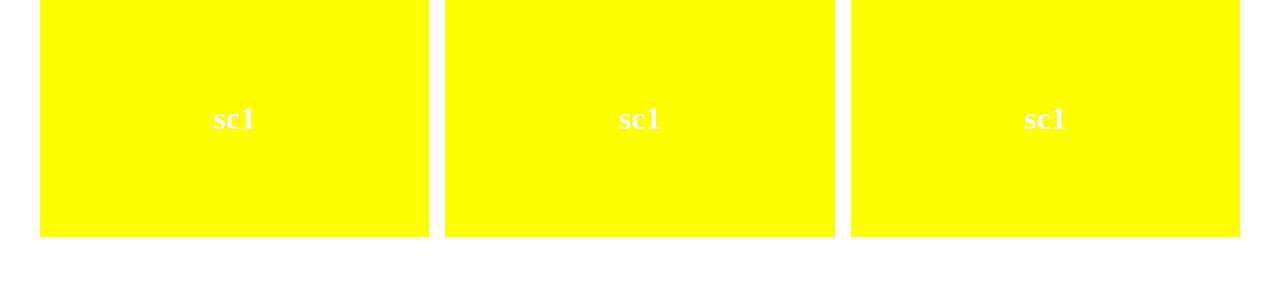
Repository: vanphongnguyen1/webDemo
Page: test.html
The author's editor kept a copy of each file at every save. The page is drawn from the files as they stood at one save, then again after the next save.
The browser window is 1280 px wide. The pictures show the whole page.

Above is the page before, as saved 2020-10-05 23:29:31.

### test.html
<!DOCTYPE html>
<html lang="en">
<head>
    <meta charset="UTF-8">
    <meta name="viewport" content="width=device-width, initial-scale=1.0">
    <title>Document</title>
    <link rel="stylesheet" href="./tesst.css">
    <style>
        * {
            margin: 0;
            padding: 0;
            box-sizing: border-box;
        }
        h1 {
            padding: 100px 0;
            background-color: yellow;
            color: #fff;
            text-align: center;
        }
    </style>
</head>
<body>
    <div class="grid">
        <div class="row">
            <div class="col-pc-4">
                <div class="item">
                    <h1>sc1</h1>
                </div>
            </div>
            <div class="col-pc-4">
                <div class="item">
                    <h1>sc1</h1>
                </div>
            </div>
            <div class="col-pc-4">
                <div class="item">
                    <h1>sc1</h1>
                </div>
            </div>
        </div>
    </div>
</body>
</html>

### tesst.css
.grid-full {
    width: 100%;
    display: block;
}
.grid {
    max-width: 1200px;
    display: block;
    margin: 0 auto;
}
.row {
    display: flex;
    flex-wrap: wrap;
    margin:0 -4px;
}
div[class^="col-"] {
    padding: 0 4px
}
.col-mb-0 {
    display: none;
}
.col-mb-1 {
    flex: 0 0 8.33333%;
    max-width: 8.33333%;
}
.col-mb-2 {
    flex: 0 0 16.66667%;
    max-width: 16.66667%;
}
.col-mb-3 {
    flex: 0 0 25%;
    max-width: 25%;
}
.col-mb-4 {
    flex: 0 0 33.33333%;
    max-width: 33.33333%;
}
.col-mb-5 {
    flex: 0 0 41.66667%;
    max-width: 41.66667%;
}
.col-mb-6 {
    flex: 0 0 50%;
    max-width: 50%;
}
.col-mb-7 {
    flex: 0 0 58.33333%;
    max-width: 58.33333%;
}
.col-mb-8 {
    flex: 0 0 66.66667%;
    max-width: 66.66667%;
}
.col-mb-9 {
    flex: 0 0 75%;
    max-width: 75%;
}
.col-mb-10 {
    flex: 0 0 83.33333%;
    max-width: 83.33333%;
}
.col-mb-11 {
    flex: 0 0 91.66667%;
    max-width: 91.66667%;
}
.col-mb-12 {
    flex: 0 0 100%;
    max-width: 100%;
}
/* PC */
@media (min-width: 1024px) and (max-width: 1239px) {
    .grid {
        width: 984px;
    }
    .row {
        margin:0 -12px;
    }
    .grid .col-pc-0 {
        display: none;
    }
    .grid .col-pc-1 {
        flex: 0 0 8.33333%;
        max-width: 8.33333%;
    }
    .grid .col-pc-2 {
        flex: 0 0 16.66667%;
        max-width: 16.66667%;
    }
    .grid .col-pc-3 {
        flex: 0 0 25%;
        max-width: 25%;
    }
    .grid .col-pc-4 {
        flex: 0 0 33.33333%;
        max-width: 33.33333%;
    }
    .grid .col-pc-5 {
        flex: 0 0 41.66667%;
        max-width: 41.66667%;
    }
    .grid .col-pc-6 {
        flex: 0 0 50%;
        max-width: 50%;
    }
    .grid .col-pc-7 {
        flex: 0 0 58.33333%;
        max-width: 58.33333%;
    }
    .grid .col-pc-8 {
        flex: 0 0 66.66667%;
        max-width: 66.66667%;
    }
    .grid .col-pc-9 {
        flex: 0 0 75%;
        max-width: 75%;
    }
    .grid .col-pc-10 {
        flex: 0 0 83.33333%;
        max-width: 83.33333%;
    }
    .grid .col-pc-11 {
        flex: 0 0 91.66667%;
        max-width: 91.66667%;
    }
    .grid .col-pc-12 {
        flex: 0 0 100%;
        max-width: 100%;
    }
}
@media (min-width: 1113px) {
    .row {
        margin:0 -12px;
    }
    div[class^="col-"] {
        padding: 0 12px
    }
    .col-pc-0 {
        display: none;
    }
    .col-pc-1 {
        flex: 0 0 8.33333%;
        max-width: 8.33333%;
    }
    .col-pc-2 {
        flex: 0 0 16.66667%;
        max-width: 16.66667%;
    }
    .col-pc-3 {
        flex: 0 0 25%;
        max-width: 25%;
    }
    .col-pc-4 {
        flex: 0 0 33.33333%;
        max-width: 33.33333%;
    }
    .col-pc-5 {
        flex: 0 0 41.66667%;
        max-width: 41.66667%;
    }
    .col-pc-6 {
        flex: 0 0 50%;
        max-width: 50%;
    }
    .col-pc-7 {
        flex: 0 0 58.33333%;
        max-width: 58.33333%;
    }
    .col-pc-8 {
        flex: 0 0 66.66667%;
        max-width: 66.66667%;
    }
    .col-pc-9 {
        flex: 0 0 75%;
        max-width: 75%;
    }
    .col-pc-10 {
        flex: 0 0 83.33333%;
        max-width: 83.33333%;
    }
    .col-pc-11 {
        flex: 0 0 91.66667%;
        max-width: 91.66667%;
    }
    .col-pc-12 {
        flex: 0 0 100%;
        max-width: 100%;
    }
}
/* tablet - PC */
@media (min-width:740px) and (max-width: 1023px) {
    .grid {
        width: 644px;
    }
}
@media (min-width:740px) {
    .row {
        margin:0 -8px;
    }
    div[class^="col-"] {
        padding: 0 8px
    }
    .col-tl-0 {
        display: none;
    }
    .col-tl-1 {
        flex: 0 0 8.33333%;
        max-width: 8.33333%;
    }
    .col-tl-2 {
        flex: 0 0 16.66667%;
        max-width: 16.66667%;
    }
    .col-tl-3 {
        flex: 0 0 25%;
        max-width: 25%;
    }
    .col-tl-4 {
        flex: 0 0 33.33333%;
        max-width: 33.33333%;
    }
    .col-tl-5 {
        flex: 0 0 41.66667%;
        max-width: 41.66667%;
    }
    .col-tl-6 {
        flex: 0 0 50%;
        max-width: 50%;
    }
    .col-tl-7 {
        flex: 0 0 58.33333%;
        max-width: 58.33333%;
    }
    .col-tl-8 {
        flex: 0 0 66.66667%;
        max-width: 66.66667%;
    }
    .col-tl-9 {
        flex: 0 0 75%;
        max-width: 75%;
    }
    .col-tl-10 {
        flex: 0 0 83.33333%;
        max-width: 83.33333%;
    }
    .col-tl-11 {
        flex: 0 0 91.66667%;
        max-width: 91.66667%;
    }
    .col-tl-12 {
        flex: 0 0 100%;
        max-width: 100%;
    }
}

After the next save:
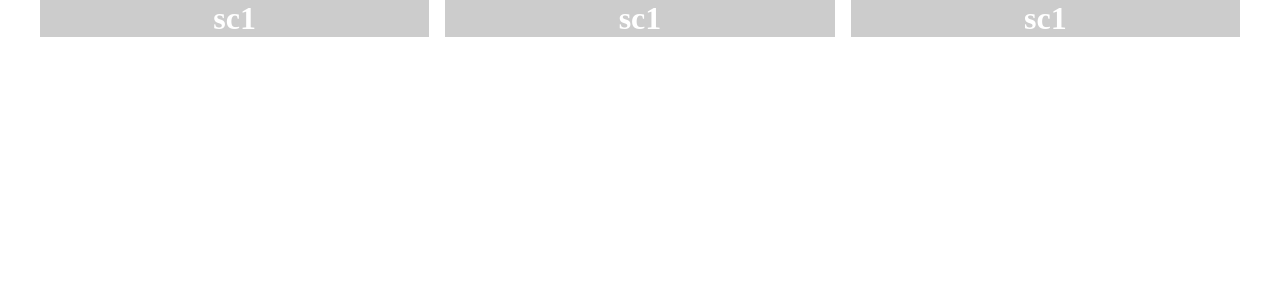
Saved 44 s later.
--- a/test.html
+++ b/test.html
@@ -11,9 +11,12 @@
             padding: 0;
             box-sizing: border-box;
         }
+        .item {
+            background-color: #ccc;
+        }
         h1 {
-            padding: 100px 0;
-            background-color: yellow;
+            /* padding: 100px 0; */
+            /* background-color: yellow; */
             color: #fff;
             text-align: center;
         }
